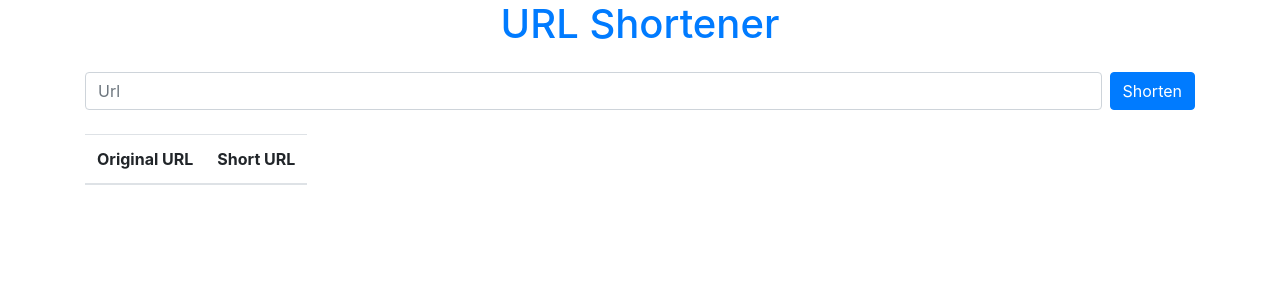
Repository: Art101-ui/Url-shorterner
Page: http://localhost/
The author's editor kept a copy of each file at every save. The page is drawn from the files as they stood at one save, then again after the next save.
The browser window is 1280 px wide. The pictures show the whole page.
The page is served by the project's Node server (server.js). Queries for data that is not in the repository find no rows.

Above is the page before, as saved 2022-02-24 14:26:38.

After the next save:
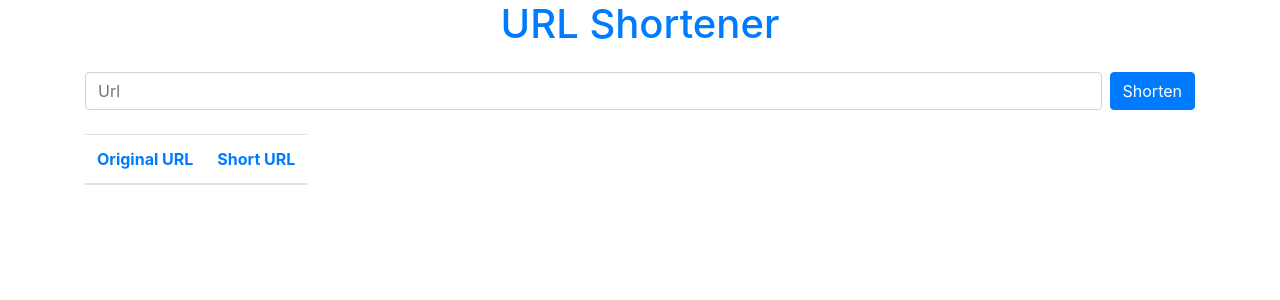
Saved 54 s later.
--- a/views/index.ejs
+++ b/views/index.ejs
@@ -31,8 +31,8 @@
       <table class="table table-striped table-responsive">
         <thead>
           <tr>
-            <th>Original URL</th>
-            <th>Short URL</th>
+            <th class="text-primary">Original URL</th>
+            <th class="text-primary">Short URL</th>
           </tr>
         </thead>
         <tbody>
